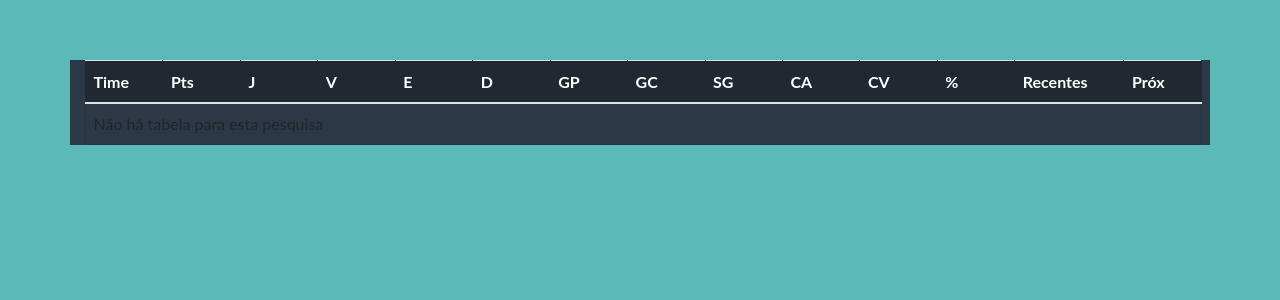
Repository: danielvieira7/campeonato-brasileiro-embed
Page: index.html
An editor plug-in stored every save of this project. The page is shown before and after the next save, followed by the edit.
The browser window is 1280 px wide. The pictures show the whole page.
The page's requests for data from a server got no answer. Some web libraries are served in a nearby version.

Above is the page before, as saved 2021-02-12 00:19:38.

After the next save:
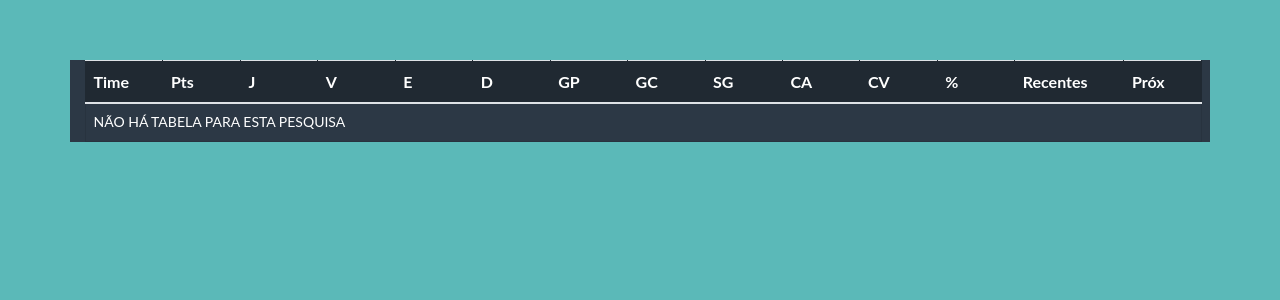
Saved 4 s later.
--- a/style-dark-theme.css
+++ b/style-dark-theme.css
@@ -47,7 +47,7 @@ td {
     padding: 10px 10px 0;
     text-align: center;
 }
-td:before {
+td {
     color: #fff;
     text-transform: uppercase;
     font-size: 1.4rem;
